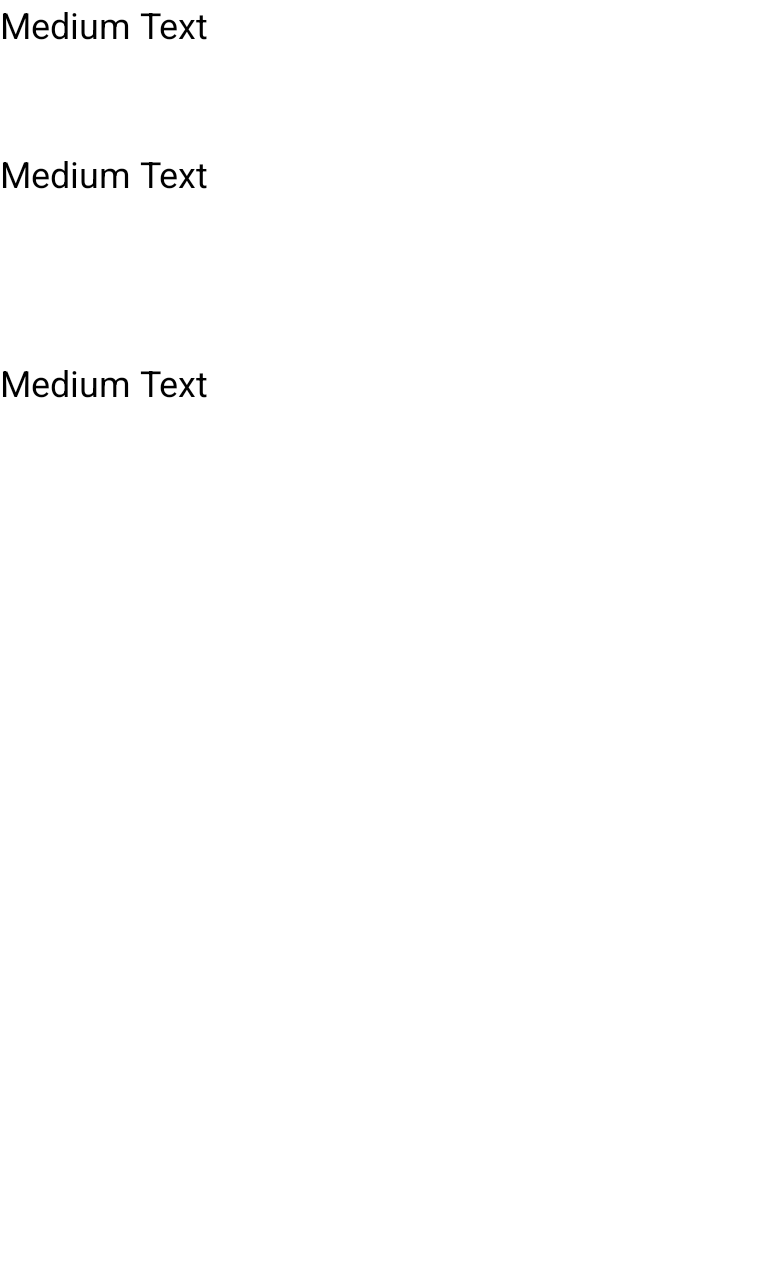
Repository: ankitC/taskmon
Layout: taskmon/res/layout/activity_set_reserve.xml
The author's editor kept a copy of each file at every save. The layout is drawn from the files as they stood at one save, then again after the next save.
It is drawn on a 768 x 1280 px phone screen (xhdpi) without system bars, with theme AppTheme; the app's code is not run.

Above is the layout before, as saved 2013-10-07 02:12:33.

After the next save:
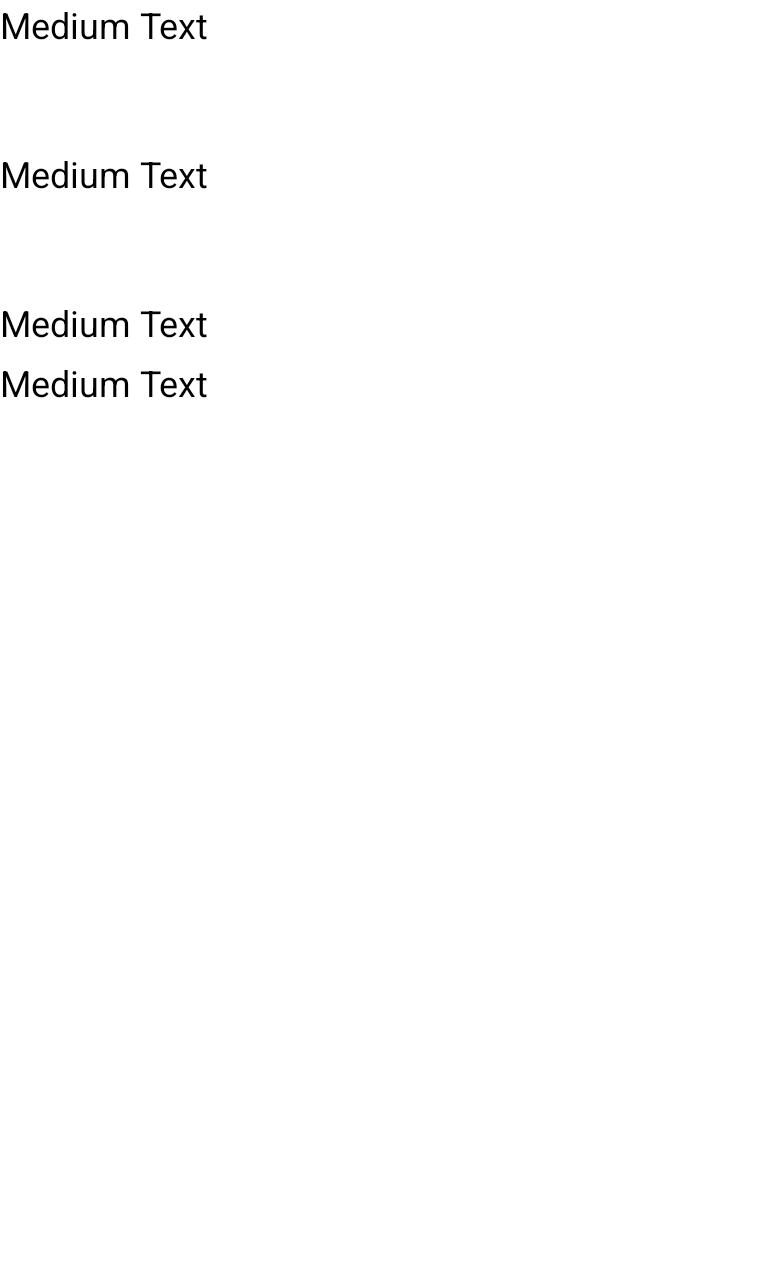
Saved 6 s later.
--- a/taskmon/res/layout/activity_set_reserve.xml
+++ b/taskmon/res/layout/activity_set_reserve.xml
@@ -31,6 +31,15 @@
         android:text="Medium Text"
         android:textAppearance="?android:attr/textAppearanceMedium" />
 
+     <TextView
+        android:id="@+id/textView3"
+        android:layout_width="wrap_content"
+        android:layout_height="wrap_content"
+        android:layout_alignParentLeft="true"
+        android:layout_below="@+id/textView2"
+        android:layout_marginTop="50dp"
+        android:text="Medium Text"
+        android:textAppearance="?android:attr/textAppearanceMedium" />
 
 
 </RelativeLayout>
